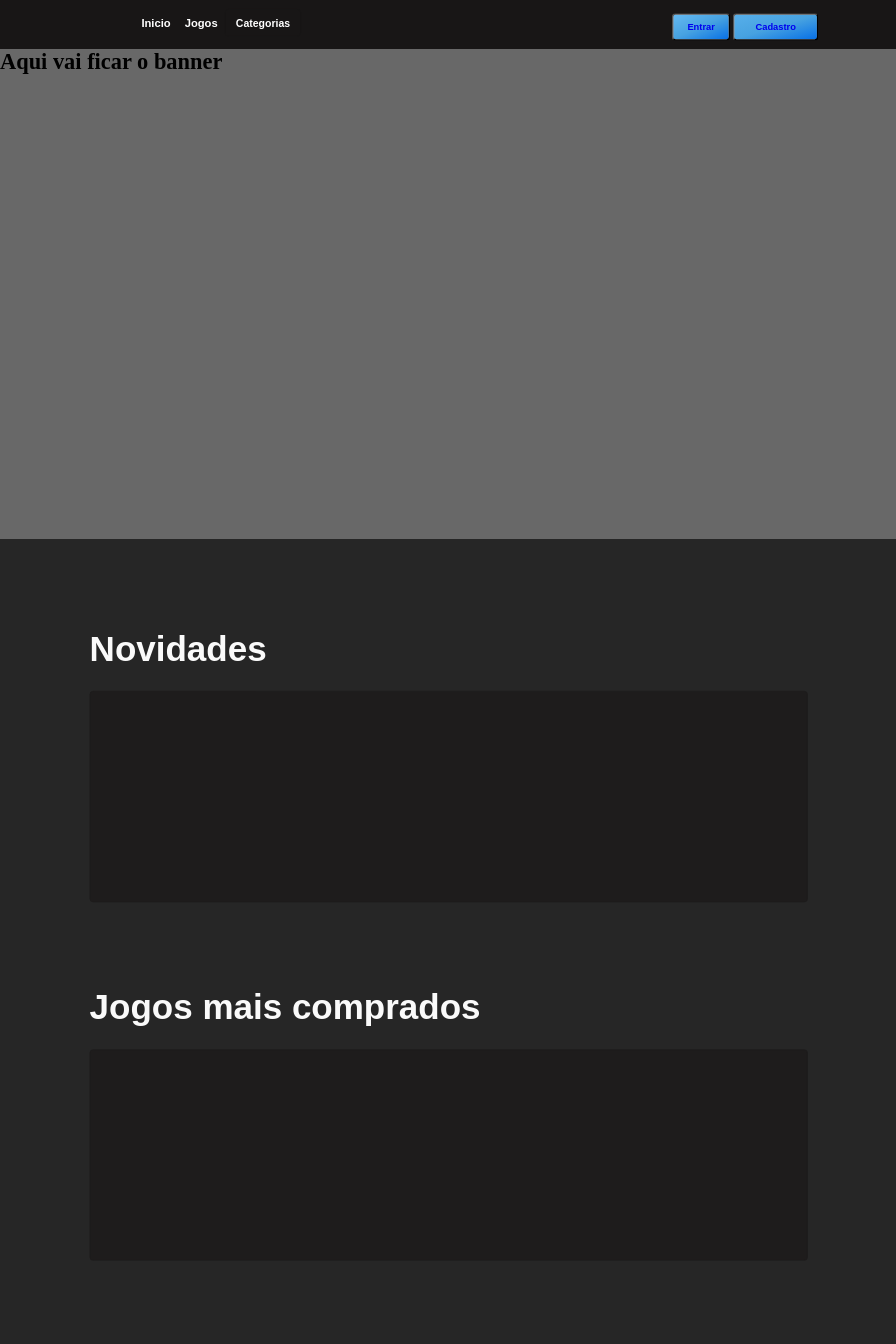
Repository: MarcoantonioCaldeira/Projeto-Go-Gamming
Page: /
The author's editor kept a copy of each file at every save. The page is drawn from the files as they stood at one save, then again after the next save.
The browser window is 1280 px wide. The pictures show the part of the page from y = 0 to 1920 px (the page is 3570 px tall), at 70% of full size.
The project was rebuilt for these pictures with package versions that can differ from the ones it lists, and the page was loaded fresh each time. Also part of the build but not shown: src/pages/Jogos/Jogos.js, src/pages/Categorias/Acao.js, src/pages/Categorias/Aventura.js, src/pages/Categorias/Arcades.js, src/pages/Categorias/Familia.js, src/pages/Categorias/Independentes.js, src/pages/Categorias/Jogos_RPG.js, src/pages/Categorias/Gratuitos.js and 4 more.

Above is the page before, as saved 2023-02-13 19:09:53.

After the next save:
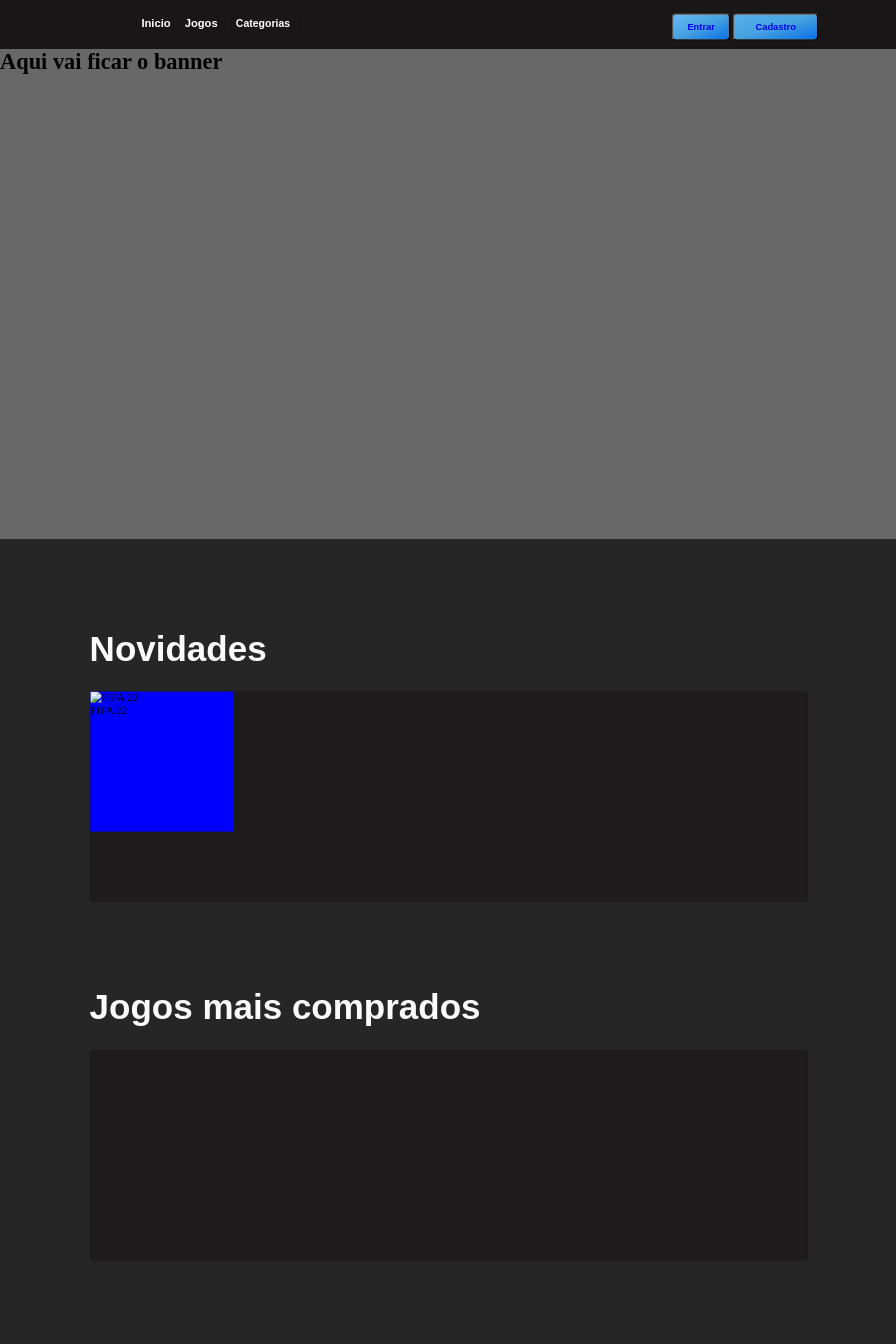
Saved 16 min 10 s later.
--- a/src/pages/Inicio/Inicio.js
+++ b/src/pages/Inicio/Inicio.js
@@ -1,5 +1,6 @@
-import "./estilo.css"
-import  Rodape from  "../rodape/rodape"
+import "./estilo.css";
+import  Rodape from  "../rodape/rodape";
+import ItemJogo from "../Item_Jogo";
 
 
 const Inicio = () => {
@@ -17,7 +18,7 @@
                     <h2 class="h1_novidades">Novidades</h2>
 
                     <div id="Area_Novidades">
-
+                        <ItemJogo jogo="FIFA 22" imagem=""/>
                     </div>
                 </div>
 
